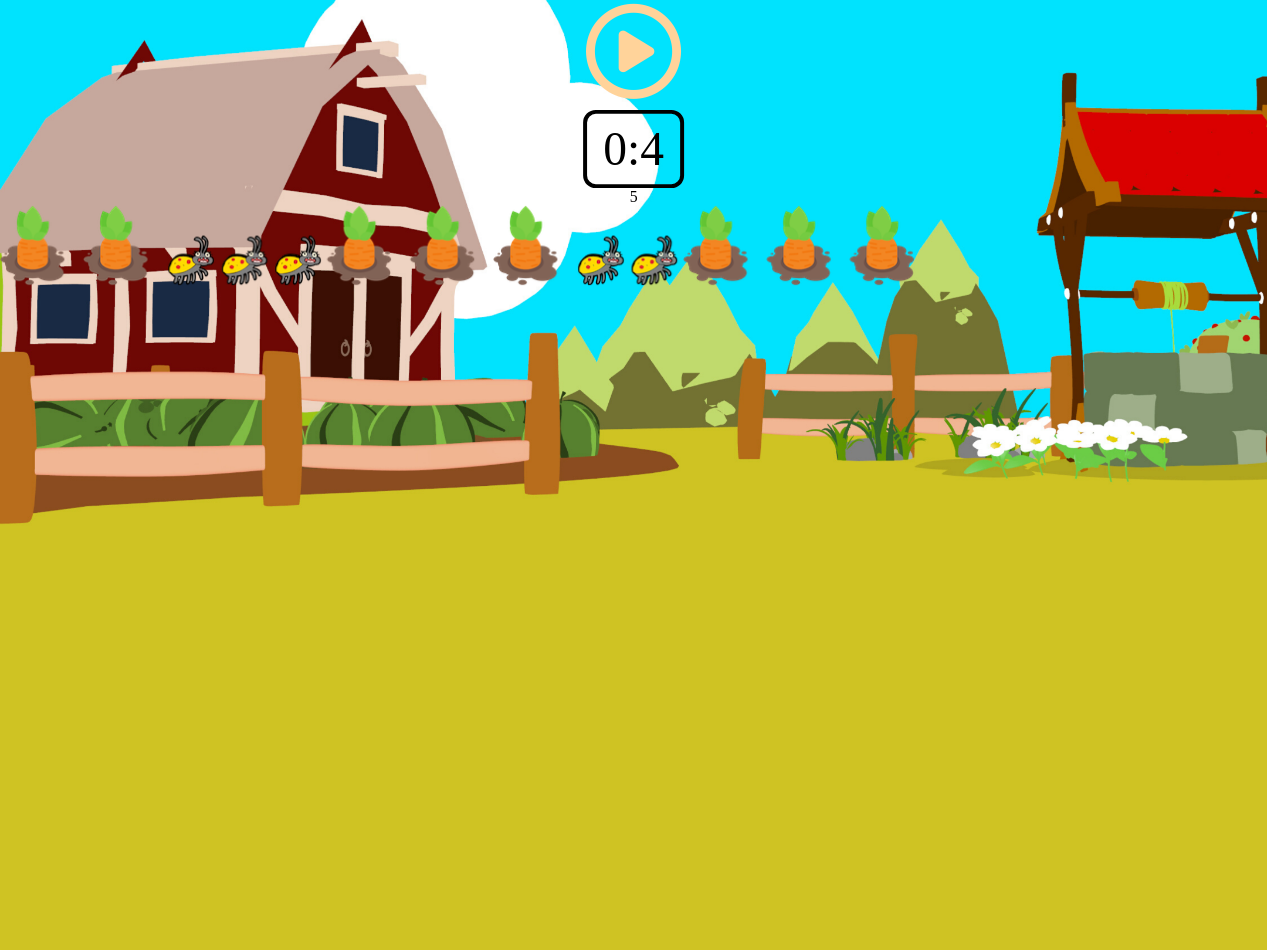
Repository: sephinejo/Mini-carrot-game
Page: index.html
The author's editor kept a copy of each file at every save. The page is drawn from the files as they stood at one save, then again after the next save.
The browser window is 1280 px wide. The pictures show the whole page, at 99% of full size.
Some web libraries are served in a nearby version.

Above is the page before, as saved 2023-05-14 21:23:10.

After the next save:
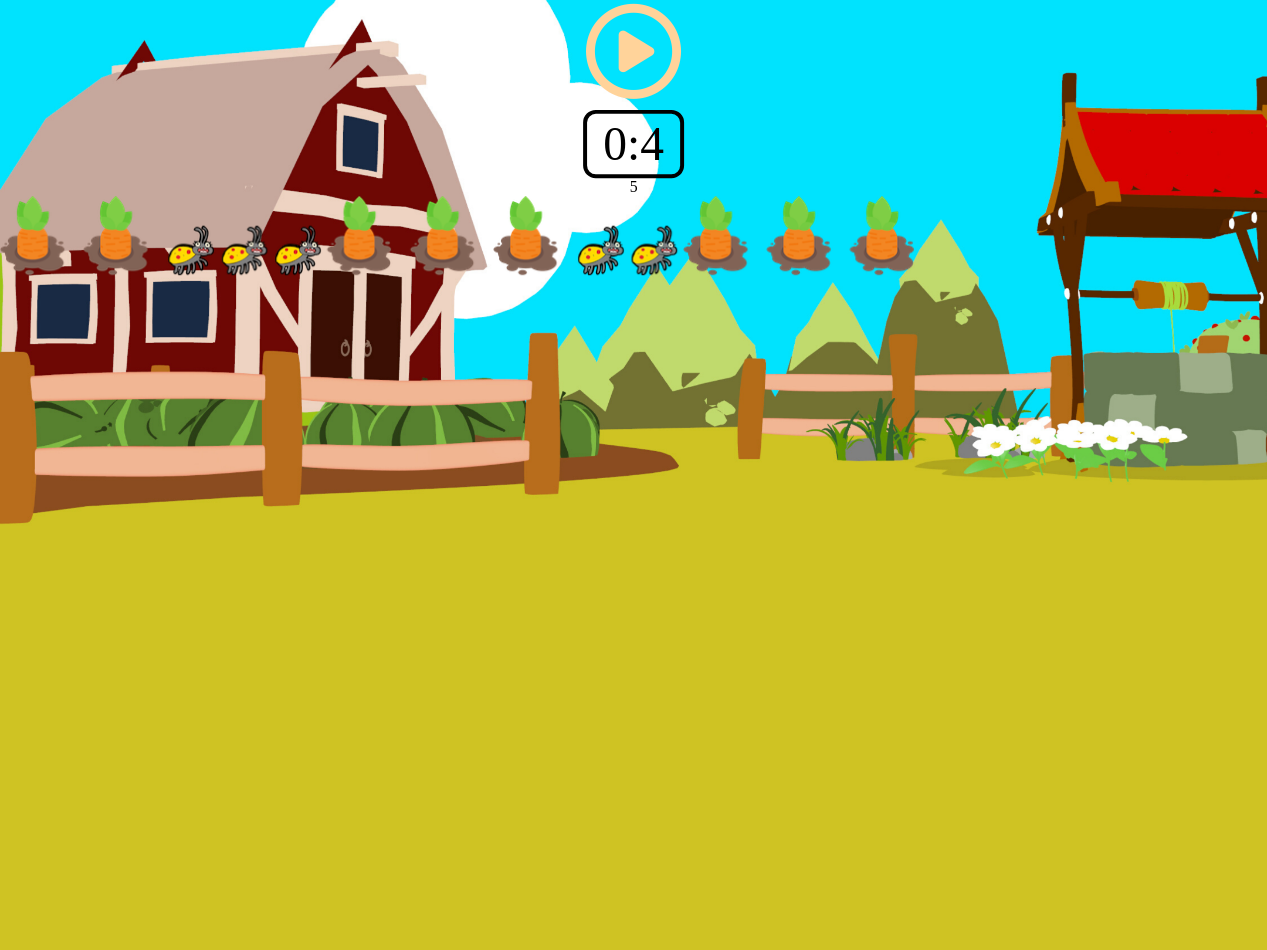
Saved 4 s later.
--- a/style.css
+++ b/style.css
@@ -27,5 +27,5 @@ body {
   font-size: 3rem;
   border: 4px solid black;
   border-radius: 0.8rem;
-  padding: 0.5rem 1rem;
+  padding: 0.2rem 1rem;
 }
